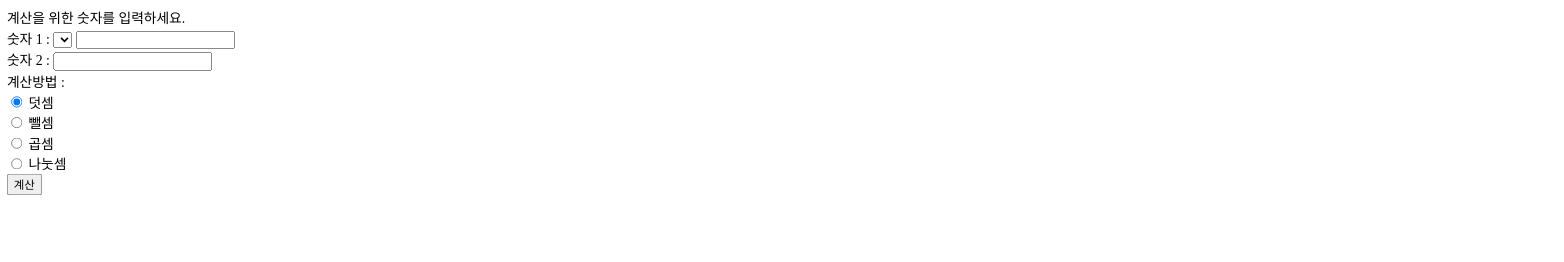
Repository: usonihs/StudyX
Page: http://localhost/JSP/RequestQuiz51.jsp
The author's editor kept a copy of each file at every save. The page is drawn from the files as they stood at one save, then again after a run of saves.
The browser window is 1280 px wide. The page is 1280 px wide, then 1819 px, then 1280 px, so the pictures cover 1819 px, including what lies to the right of the window. The pictures show the whole page, at 86% of full size.
The page is served by Tomcat 9.

Above is the page before, as saved 2022-10-20 04:56:41.

### JSP/JSP/src/main/webapp/RequestQuiz51.jsp
<%@ page language="java" contentType="text/html; charset=UTF-8"
    pageEncoding="UTF-8"%>
<!DOCTYPE html>
<html>
<head>
<meta charset="UTF-8">
<title>Insert title here</title>
</head>
<body>
<form action="RequestQuiz32.jsp" method="get">
계산을 위한 숫자를 입력하세요. <br>
숫자 1 : <select>
<option>
<%for(int i = 1; i <= 100; i++){
}
	%>
</option>
</select>

 <input type="text" name="num1"> <br>
숫자 2 : <input type="text" name="num2"> <br>
계산방법 : <br>
<input type="radio" name="method" value="add" checked="checked"> 덧셈 <br>
<input type="radio" name="method" value="sub"> 뺄셈 <br>
<input type="radio" name="method" value="mult"> 곱셈 <br>
<input type="radio" name="method" value="div"> 나눗셈 <br>
<input type="submit" value="계산">
</form>

</body>
</html>

After the next 2 saves:
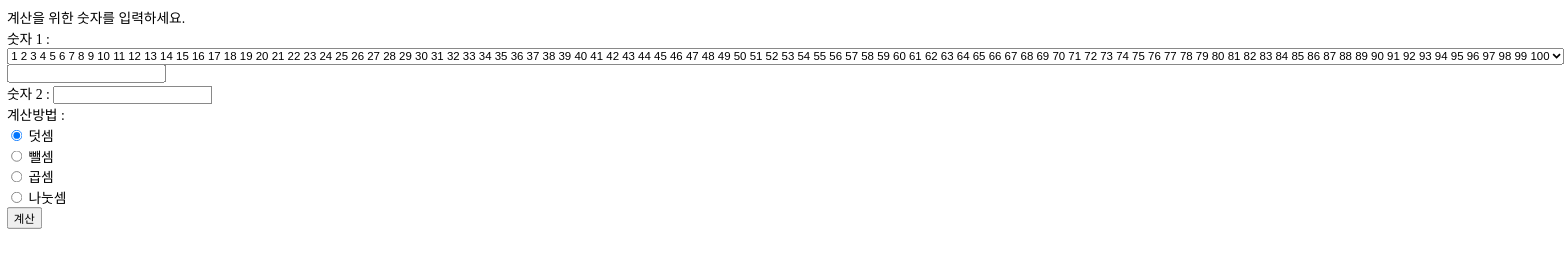
The 2 saves are shown as one change because 1 did not build or start.
The last was saved 52 s later.
--- a/JSP/JSP/src/main/webapp/RequestQuiz51.jsp
+++ b/JSP/JSP/src/main/webapp/RequestQuiz51.jsp
@@ -12,6 +12,7 @@
 숫자 1 : <select>
 <option>
 <%for(int i = 1; i <= 100; i++){
+	out.println(i);
 }
 	%>
 </option>

After the save that followed:
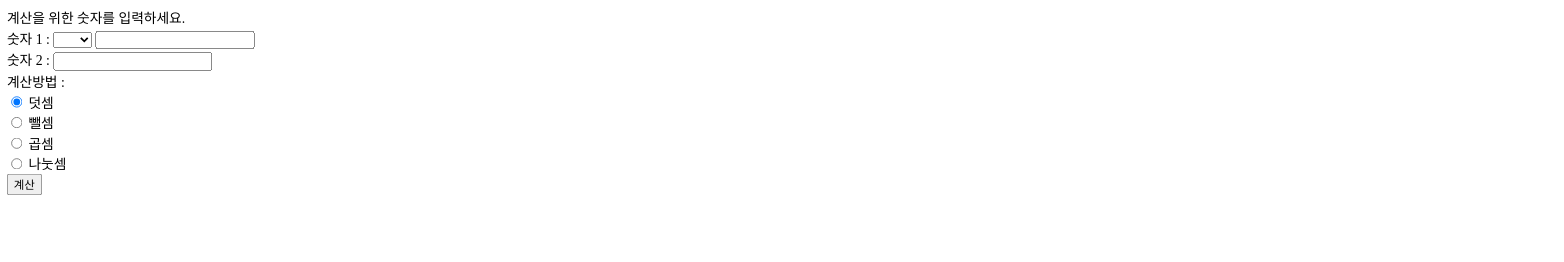
Saved 51 s later.
--- a/JSP/JSP/src/main/webapp/RequestQuiz51.jsp
+++ b/JSP/JSP/src/main/webapp/RequestQuiz51.jsp
@@ -12,7 +12,7 @@
 숫자 1 : <select>
 <option>
 <%for(int i = 1; i <= 100; i++){
-	out.println(i);
+	out.println("<option>" + i + "</option>");
 }
 	%>
 </option>
